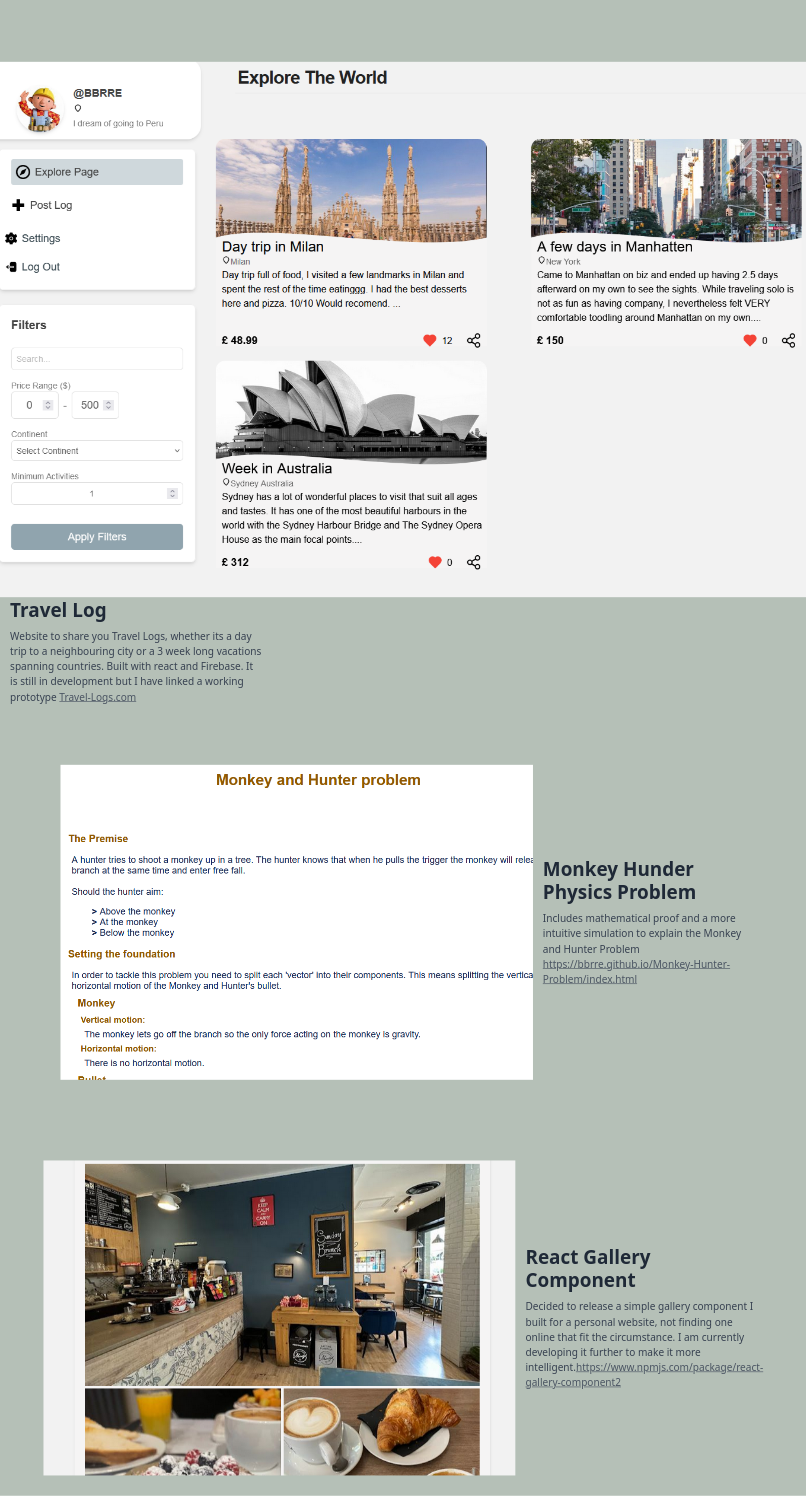
Repository: BBRRE/Portfolio-V2
Page: /#/Computer-Sci
These files come from the project's save history. The page is drawn as it stood at one moment and after the next save; the edit follows.
The browser window is 1280 px wide. The pictures show the whole page, at 63% of full size.
Some web fonts or font styles are not loaded; a fallback is used. The project was rebuilt for these pictures with package versions that can differ from the ones it lists, and the page was loaded fresh each time. Also part of the build but not shown: vite.config.js, src/Subjects/Archi.jsx, src/Subjects/EEng.jsx, src/Subjects/Other.jsx, src/Projects Overview.jsx, src/HomePage.jsx, src/ErrorBoundary.jsx.

Above is the page before, as saved 2024-11-29 09:08:27.

### index.html
<!doctype html>
<html lang="en">
  <head>
    <meta charset="UTF-8" />
    <link rel="icon" type="image/svg+xml" href="src\assets\letter-bb.svg" />
    <link href="https://fonts.googleapis.com/css2?family=Inconsolata&family=Italiana&family=Hubballi&family=Julius+Sans+One&display=swap" rel="stylesheet">
    <link rel="preconnect" href="https://fonts.googleapis.com" />
<link rel="preconnect" href="https://fonts.gstatic.com" crossorigin />
<link
  rel="stylesheet"
  href="https://fonts.googleapis.com/css2?family=Roboto:wght@300;400;500;700&display=swap"
/>
<link
  rel="stylesheet"
  href="https://fonts.googleapis.com/icon?family=Material+Icons"
/>

    <meta name="viewport" content="width=device-width, initial-scale=1.0" />
    <title>Bilaal Bare</title>
  </head>
  <body>
    <div id="root"></div>
    <script type="module" src="/src/main.jsx"></script>
  </body>
</html>

### src/main.jsx
import React from 'react'
import ReactDOM from 'react-dom/client'
import App from './App'
import ErrorBoundary from './ErrorBoundary'
import './index.css'

ReactDOM.createRoot(document.getElementById('root')).render(
  <React.StrictMode>
    <ErrorBoundary>
      <App />
    </ErrorBoundary>
  </React.StrictMode>
)

### src/App.jsx
import { HashRouter as Router, Routes, Route } from 'react-router-dom';
import Archi from './Subjects/Archi.jsx'
import CompSci from './Subjects/CompSci.jsx'
import EEng from './Subjects/EEng.jsx'
import Other from './Subjects/Other.jsx'
import { HomePage } from './HomePage'
import { useState, useEffect } from 'react'

function App() {
  useEffect(() => {
    console.log('App component mounted')
  }, [])

  return (
    <Router>
        <Routes>
          <Route path="/" element={<HomePage />} />
          <Route path="/Architecture" element={<Archi />} />
          <Route path="/Electronic-Eng" element={<EEng />} />
          <Route path="/Computer-Sci" element={<CompSci />} />
          <Route path="/Other" element={<Other />} />
        </Routes>
    </Router>
  )
}

export default App

### src/index.css
@tailwind base;
@tailwind components;
@tailwind utilities;

@layer utilities {
  .bg-dot-pattern {
    background-image: radial-gradient(circle, rgba(0, 0, 0, 0.2) 1px, transparent 1px);
    background-size: 50px 50px; /* Adjust the spacing here */
  }
}

### src/Subjects/CompSci.jsx
import React from 'react'
import cs from '../assets/aaaa.png'
import ph from '../assets/Monkey.png'
import tr from '../assets/tra.png'

const CompSci = () => {
  return (
    <div className='bg-[#B5C0B7] w-full h-auto min-h-screen grid grid-cols-1'>
      <div className='relative mx-auto mt-24'>
        <img src={cs} />
        <div className="flex flex-col ml-4 gap-3 justify-center">
          <h2 className=" text-left text-xl md:text-2xl lg:text-3xl font-semibold text-gray-800">
            Travel Log
          </h2>
        <p className="text-gray-700 text-sm md:text-base leading-relaxed max-w-[400px]">
          Website to share you Travel Logs, whether its a day trip to a neighbouring city or a 3 week long vacations spanning countries. Built with react
          and Firebase. It is still in development but I have linked a working prototype <a href="https://Travel-Logs.com/" className='underline text-gray-600'>Travel-Logs.com</a>
        </p>
        </div>
      </div>

      <div className='flex md:flex-row flex-col justify-center align-middle w-[85%] h-[500px] mx-auto mt-24 mb-8'>
        <img src={ph} />
        <div className="flex flex-col ml-4 gap-3 justify-center">
          <h2 className=" text-left text-xl md:text-2xl lg:text-3xl font-semibold text-gray-800">
            Monkey Hunder Physics Problem
          </h2>
        <p className="text-gray-700 text-sm md:text-base leading-relaxed max-w-[400px]">
        Includes mathematical proof and a more intuitive simulation to explain the Monkey and Hunter Problem  <a href="https://bbrre.github.io/Monkey-Hunter-Problem/index.html" className='underline text-gray-600'>https://bbrre.github.io/Monkey-Hunter-Problem/index.html</a>
        </p>
        </div>
      </div>

      <div className='flex md:flex-row flex-col justify-center align-middle w-[85%] h-[500px] mx-auto mt-24 mb-8'>
        <img src={tr} />
        <div className="flex flex-col ml-4 gap-3 justify-center">
          <h2 className=" text-left text-xl md:text-2xl lg:text-3xl font-semibold text-gray-800">
            React Gallery Component
          </h2>
        <p className="text-gray-700 text-sm md:text-base leading-relaxed max-w-[400px]">
        Decided to release a simple gallery component I built for a personal website, not finding one online that fit the circumstance. I am currently developing it further to make it more intelligent.<a href="https://www.npmjs.com/package/react-gallery-component2" className='underline text-gray-600'>https://www.npmjs.com/package/react-gallery-component2</a>
        </p>
        </div>
      </div>

    </div>
  )
}

export default CompSci

### tailwind.config.js
/** @type {import('tailwindcss').Config} */
export default {
    darkMode: ["class"],
    content: ["index.css",
  "./src/**/*.{js,ts,jsx,tsx}",],
  theme: {
  	extend: {
  		backgroundImage: {
  			noise: "url('/src/assets/nnnoise.svg')",
  			undulate: "url('/src/assets/uuundulate.svg')"
  		},
  		fontFamily: {
  			inconsolata: ['Inconsolata', 'monospace'],
  			italiana: ['Italiana', 'serif'],
  			hubballi: ['Hubballi', 'cursive'],
  			julius: ['Julius Sans One"', 'sans-serif']
  		},
      keyframes: {
        fadeIn: {
          '0%': { opacity: '0' },
          '100%': { opacity: '1' },
        },
      }
  	}
  }
}

After the next save:
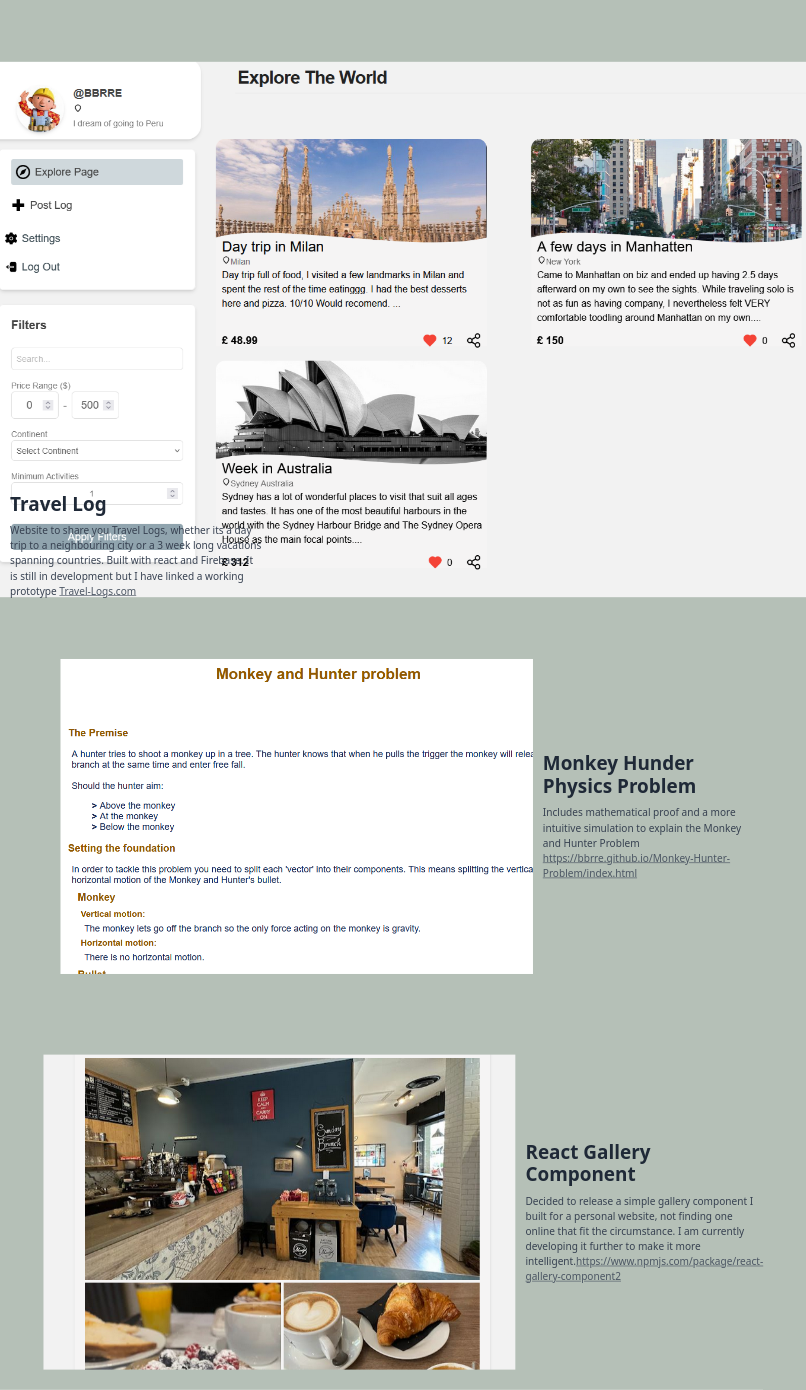
Saved 9 s later.
--- a/src/Subjects/CompSci.jsx
+++ b/src/Subjects/CompSci.jsx
@@ -8,7 +8,7 @@ const CompSci = () => {
     <div className='bg-[#B5C0B7] w-full h-auto min-h-screen grid grid-cols-1'>
       <div className='relative mx-auto mt-24'>
         <img src={cs} />
-        <div className="flex flex-col ml-4 gap-3 justify-center">
+        <div className=" absolute bottom-0 left-0 flex flex-col ml-4 gap-3 justify-center">
           <h2 className=" text-left text-xl md:text-2xl lg:text-3xl font-semibold text-gray-800">
             Travel Log
           </h2>
